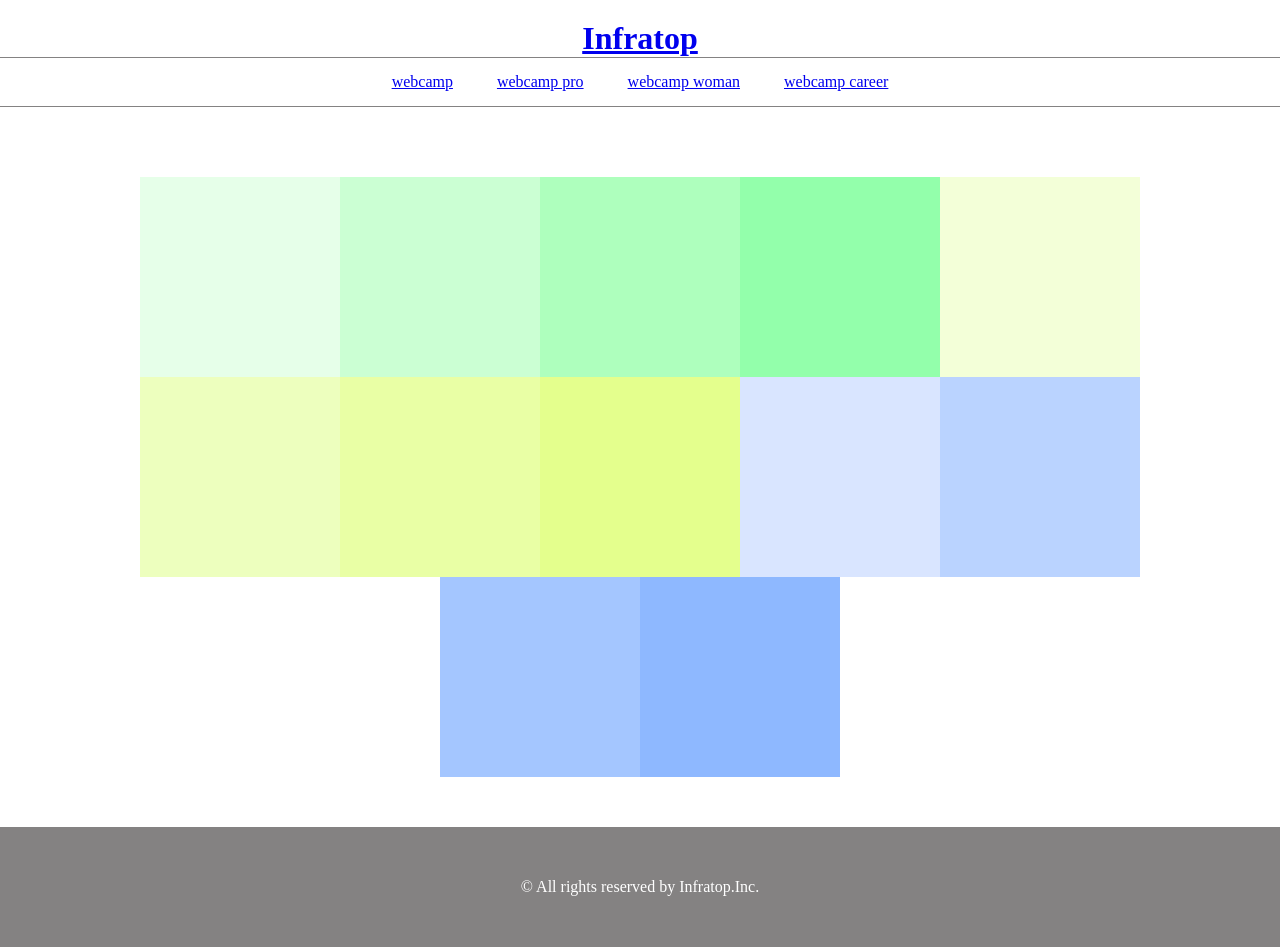
Repository: tkikokiko/webcamp-practice
Page: 1-5/index1-5.html
The author's editor kept a record of every edit. The page is drawn from the files as they stood at one moment, then again after the next edit.
The browser window is 1280 px wide. The pictures show the whole page.

Above is the page before.

After the next edit:
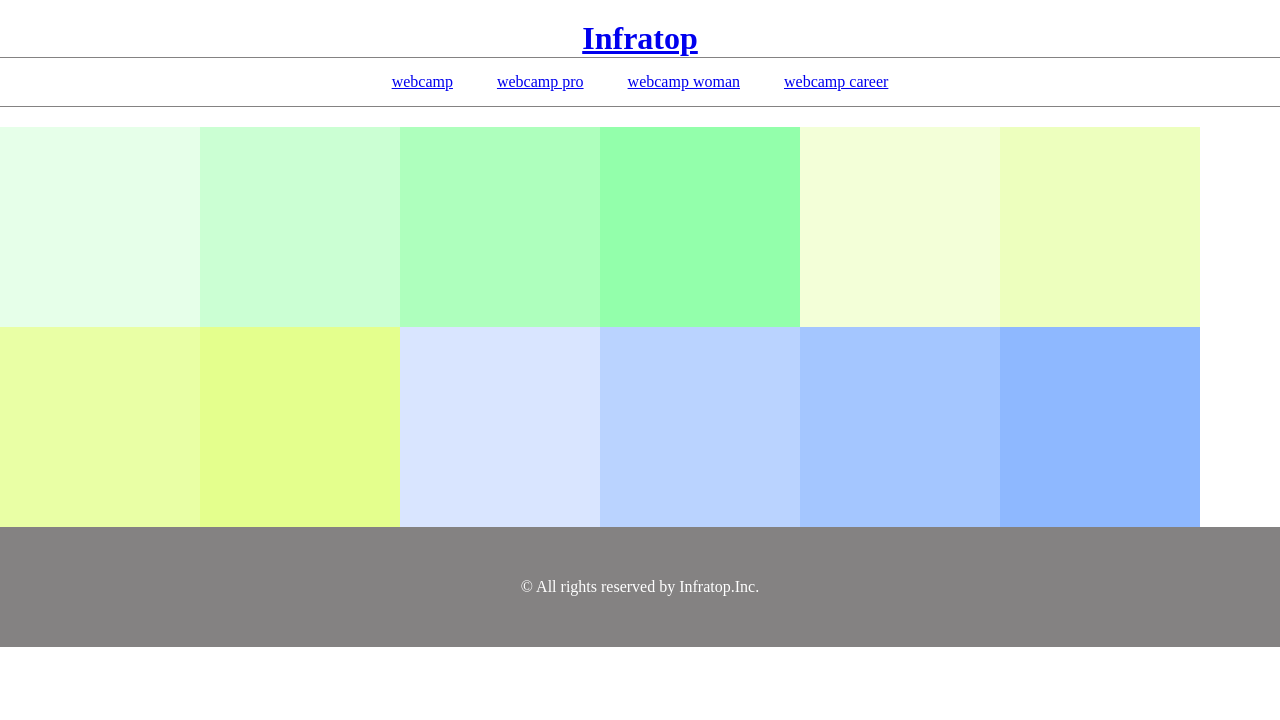
The edit:
--- a/1-5/style1-5.css
+++ b/1-5/style1-5.css
@@ -36,9 +36,9 @@
   /*width: 900px;*/
   /*height: 700px;*/
   display: flex;
-  justify-content: center;
-  margin: 0 auto;
-  padding: 50px;
+  /*justify-content: center;*/
+  /*margin: 0 auto;*/
+  /*padding: 50px;*/
   flex-wrap: wrap;
 }
 
